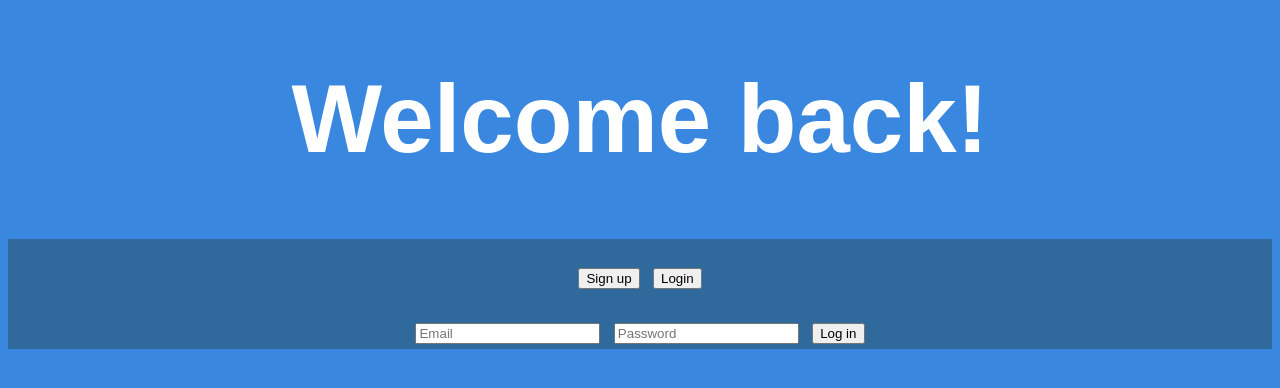
Repository: NicolasssCarlos/basic-flask-login
Page: http://localhost/
An editor plug-in stored every save of this project. The page is shown before and after the next save, followed by the edit.
The browser window is 1280 px wide. The pictures show the whole page.
The page is served by the project's application, run on Flask 3 (app.py).

Above is the page before, as saved 2025-06-11 20:22:43.

### templates/index.html
<!DOCTYPE html>
<html lang="en">
<head>
    <meta charset="UTF-8">
    <meta name="viewport" content="width=device-width, initial-scale=1.0">


    <link rel="stylesheet" href="{{url_for('static', filename='main.css')}}">
    <title>Document</title>
</head>
<body class="login">


    <div class="container">


        <h1>Welcome back!</h1>


        <div class="log-in">


            <form method="post">


                <div class="buttons">


                    <button type="button" onclick="window.location.href='/signup'">Sign up</button>


                    <button type="button" onclick="window.location.href='/'">Login</button>



                </div>


                <div class="inputs">


                    <input type="email" name="email" placeholder="Email">


                    <input type="password" name="password" placeholder="Password">


                    <button type="submit">Log in</button>



                </div>



            </form>



        </div>


        {% if welcome %}


            {{ welcome }}


        {% elif error %}


            {{ error }}


        {% endif %}



    </div>



</body>
</html>

### app.py
from flask import Flask, render_template, request
import sqlite3



app = Flask(__name__)



connection = sqlite3.connect("users_log.db", check_same_thread=False)
cursor = connection.cursor()



cursor.execute("""
    CREATE TABLE IF NOT EXISTS users_log (
        id INTEGER PRIMARY KEY AUTOINCREMENT,
        name TEXT,
        username TEXT,
        email TEXT,
        password TEXT
    )
""")

@app.route("/", methods=["POST", "GET"])
def home():
    welcome = error = ""

    if request.method == "POST":
        email = request.form.get("email")
        password = request.form.get("password")

        cursor.execute("SELECT * FROM users_log WHERE email = ?", (email,))
        user_found = cursor.fetchone()

        if user_found:
            if user_found[4] == password:
                welcome = f"Welcome, {user_found[1]}"
            else:
                error = "Login failed. Incorrect email or password"

    return render_template("index.html", welcome=welcome, error=error)

@app.route("/signup", methods=["POST", "GET"])
def signup():
    errors = []
    welcome = ""

    if request.method == "POST":
        name = request.form.get("name")
        username = request.form.get("username")
        email = request.form.get("email")
        password = request.form.get("password")

        if name and username and email and password:
            cursor.execute("SELECT * FROM users_log WHERE email = ?", (email,))
            if cursor.fetchone():
                errors.append("Email is already in use")

            cursor.execute("SELECT * FROM users_log WHERE username = ?", (username,))
            if cursor.fetchone():
                errors.append("Username is already in use")

            if not errors:
                cursor.execute(
                    "INSERT INTO users_log (name, username, email, password) VALUES (?, ?, ?, ?)",
                    (name, username, email, password)
                )

                cursor.execute("SELECT * FROM users_log WHERE username = ?", (username,))
                user = cursor.fetchone()
                user_name = user[1]
                welcome = f"Welcome, {user_name}"

    return render_template("login.html", errors=errors, welcome=welcome)

if __name__ == "__main__":
    app.run(debug=True)

### static/main.css
.login {

    font-family: Arial, Helvetica, sans-serif;


    font-size: 3rem;


    background-color: #3a87df;


    color: #fff;


    margin-bottom: 0;



}


.login h1 {


    align-items: center;


    justify-content: center;


    text-align: center;



}


.login .container .log-in {


    align-items: center;


    justify-content: center;


    text-align: center;


    background-color: #306a9c;
}

After the next save:
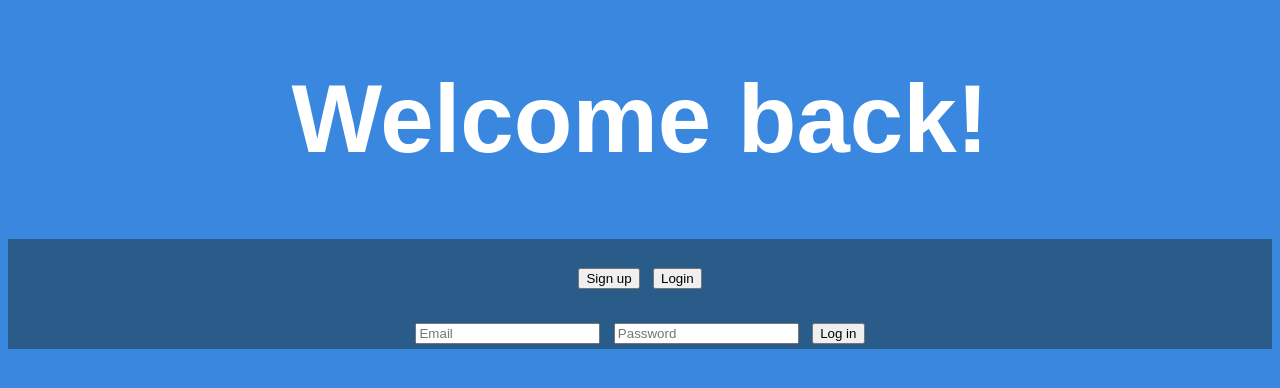
Saved 19 s later.
--- a/static/main.css
+++ b/static/main.css
@@ -47,5 +47,5 @@
     text-align: center;
 
 
-    background-color: #306a9c;
+    background-color: #2a5c89;
 }
